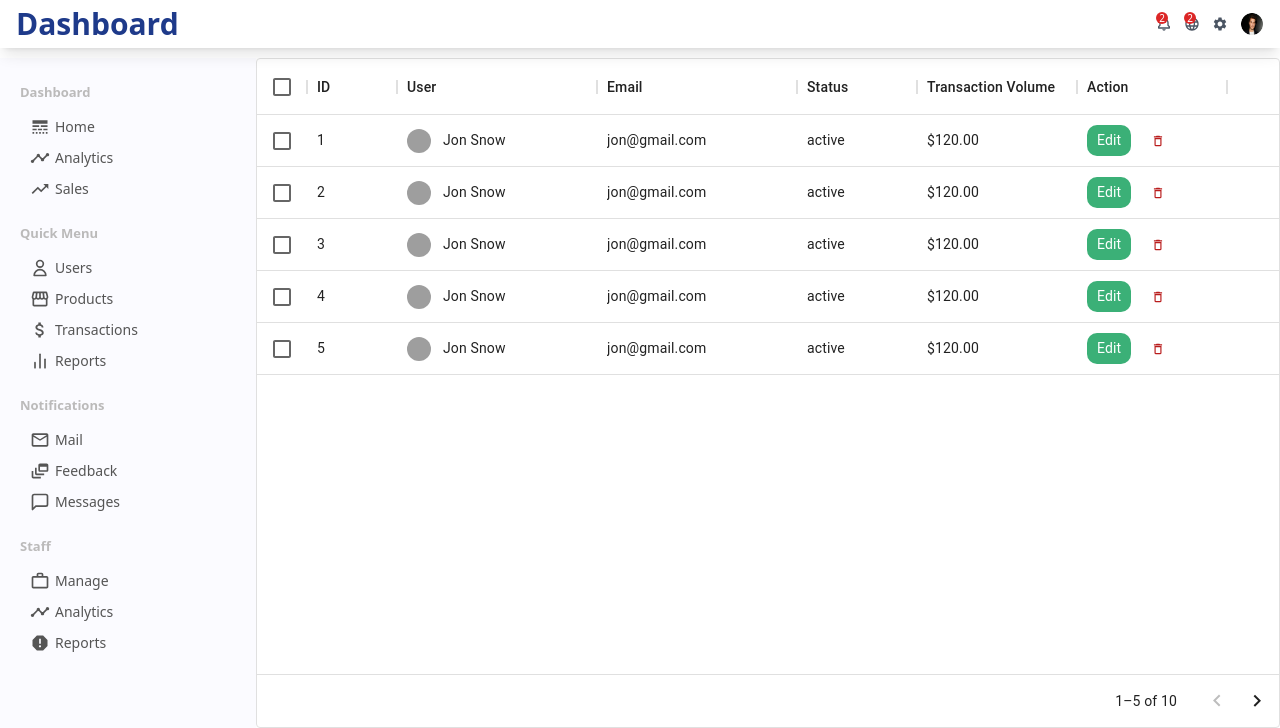
Repository: nation430/React-AdminDashboard
Page: /users
These files come from the project's save history. The page is drawn as it stood at one moment and after the next save; the edit follows.
The browser window is 1280 px wide. The pictures show the whole page.
Pictures or frames that could not be fetched are drawn as grey boxes. The project was rebuilt for these pictures with package versions that can differ from the ones it lists, and the page was loaded fresh each time. Also part of the build but not shown: src/pages/home/home.css, src/components/featuredInfo/featuredInfo.css, src/components/featuredInfo/FeaturedInfo.jsx, src/components/chart/chart.css, src/components/chart/Chart.jsx, src/dummyData.js, src/components/widgetSm/widgetSm.css, src/components/widgetSm/WidgetSm.jsx and 3 more.

Above is the page before, as saved 2022-08-29 12:30:22.

### public/index.html
<!DOCTYPE html>
<html lang="en">
  <head>
    <meta charset="utf-8" />
    <meta name="viewport" content="width=device-width, initial-scale=1" />
    <meta name="theme-color" content="#000000" />
    <meta
      name="description"
      content="Web site created using create-react-app"
    />
    <link rel="preconnect" href="https://fonts.googleapis.com" />
    <link rel="preconnect" href="https://fonts.gstatic.com" crossorigin />
    <link
      href="https://fonts.googleapis.com/css2?family=Source+Sans+Pro:wght@200;300;400;600;700&display=swap"
      rel="stylesheet"
    />

    <title>React Admin Dashboard</title>
  </head>
  <body>
    <noscript>You need to enable JavaScript to run this app.</noscript>
    <div id="root"></div>
  </body>
</html>

### src/index.css
@tailwind base;
h1 {
  @apply text-2xl;
}
h2 {
  @apply text-xl;
}
h3 {
  @apply text-lg;
}
@tailwind components;
@tailwind utilities;

* {
  margin: 0;
  padding:0;
  box-sizing: border-box;

}

### src/App.js
import Topbar from "./components/topbar/Topbar";
import Sidebar from "./components/sidebar/Sidebar";
import Home from "./pages/home/Home";
import "./app.css";
import { BrowserRouter as Router, Routes, Route } from "react-router-dom";
import UserList from "./pages/home/userList/UserList";

function App() {
  return (
    <Router>
      <Topbar />
      <div className="wrapper flex h-full">
        <Sidebar />
        <Routes>
          <Route exact path="/">
            <Route path="/" element={<Home />} />
            <Route path="users" element={<UserList />} />
          </Route>
        </Routes>
      </div>
    </Router>
  );
}

export default App;

### src/components/topbar/Topbar.jsx
import React from "react";
import  "./topbar.css";
import { BiBell } from 'react-icons/bi';
import { MdLanguage, MdSettings  } from "react-icons/md";


export default function Topbar () {
    return(
        <div className="topbar w-full h-12 bg-white sticky top-0 z-50 shadow-lg ">
            <div className="topbarWeapper flex items-center justify-between h-full px-4 py-0">
            <div className="topLeft">
                <span className="logo font-bold text-3xl text-blue-900 cursor-pointer ...">Dashboard</span>
            </div>
            <div className="topRight flex items-center">

                {/* First icon  */}
                <div className="topbarIconsContainer relative cursor-pointer ... ml-3 text-gray-600">
                <BiBell />
                <span className="topIconBadge absolute text-white bg-red-600 right-1 -top-1 flex items-center justify-center rounded-full text-xs h-3 w-3">2</span>
                </div>

                   {/*second icon  */}
                <div className="topbarIconsContainer relative cursor-pointer ... ml-3 text-gray-600">
                <MdLanguage />
                <span className="topIconBadge absolute text-white bg-red-600 right-1 -top-1 flex items-center justify-center rounded-full text-xs h-3 w-3">2</span>
                </div>


                    {/*third icon  */}
                <div className="topbarIconsContainer relative cursor-pointer ... mx-3 text-gray-600">
                < MdSettings  />
                </div>

                <img src="images/img.png" alt="BigCo Inc. logo"  className="topAvater w-6 h-6 rounded-full cursor-pointer ..."/>

            </div>
            </div>
        </div>
    )

}

### src/components/sidebar/Sidebar.jsx
import "./sidebar.css";
import { MdLineStyle, MdOutlineTimeline, MdTrendingUp, MdStorefront, MdAttachMoney, MdOutlineMail, MdDynamicFeed, MdWorkOutline, MdReport} from "react-icons/md";
import { HiOutlineUser} from "react-icons/hi";
import { FiBarChart2, FiMessageSquare} from "react-icons/fi";

export default function sidebar(){
    return(
        <div className="sidebar sticky">
        <div className="sidebarWrapper p-5">
            {/* first sidenavbar */}
            <div className="sidebarMenu mb-2.5">
                <h3 className="sidebarTitle">Dashboard</h3>
                <ul className="sidebarList px-4 py-0">
                    <li className="sidebarListItems flex items-center">
                    <MdLineStyle className="sidebarIcon"/>
                    Home
                    </li>

                    <li className="sidebarListItems flex items-center">
                    <MdOutlineTimeline className="sidebarIcon" />
                    Analytics
                    </li>


                    <li className="sidebarListItems flex items-center">
                    <MdTrendingUp className="sidebarIcon" />
                   Sales
                    </li>
                </ul>
            </div>

            {/* second sidenavbar */}
            <div className="sidebarMenu mb-2.5">
                <h3 className="sidebarTitle">Quick Menu</h3>
                <ul className="sidebarList px-4 py-1">
                    <li className="sidebarListItems flex items-center">
                    <HiOutlineUser className="sidebarIcon" />
                    Users
                    </li>

                    <li className="sidebarListItems flex  items-center" >
                    <MdStorefront className="sidebarIcon" />
                    Products
                    </li>

                    <li className="sidebarListItems flex items-center">
                    <MdAttachMoney className="sidebarIcon" />
                   Transactions
                    </li>


                    <li className="sidebarListItems flex items-center">
                    <FiBarChart2 className="sidebarIcon" />
                   Reports
                    </li>
                </ul>
            </div>

                {/* third sidenavbar */}
                <div className="sidebarMenu mb-2.5">
                <h3 className="sidebarTitle">Notifications</h3>
                <ul className="sidebarList px-4 py-1">
                    <li className="sidebarListItems flex items-center">
                    <MdOutlineMail className="sidebarIcon" />
                    Mail
                    </li>

                    <li className="sidebarListItems flex  items-center" >
                    <MdDynamicFeed className="sidebarIcon" />
                    Feedback
                    </li>

                    <li className="sidebarListItems flex items-center">
                    <FiMessageSquare className="sidebarIcon" />
                   Messages
                    </li>
                </ul>
            </div>

                {/* fourth sidenavbar */}
                <div className="sidebarMenu mb-2.5">
                <h3 className="sidebarTitle">Staff</h3>
                <ul className="sidebarList px-4 py-1">
                    <li className="sidebarListItems flex items-center">
                    <MdWorkOutline className="sidebarIcon" />
                    Manage
                    </li>

                    <li className="sidebarListItems flex  items-center" >
                    <MdOutlineTimeline className="sidebarIcon" />
                    Analytics
                    </li>

                    <li className="sidebarListItems flex items-center">
                    <MdReport className="sidebarIcon" />
                   Reports
                    </li>
                </ul>
            </div>
        </div>
        </div>
    )
}

### src/app.css

* {
    margin: 0;
    padding:0;
    box-sizing: border-box;

}


h1{
    font-size: 2em ;
    font-weight: bolder;
}

h2{
    font-size: 1.5em ;
    font-weight: bolder;
}

h3{
    font-size: 1.17em ;
    font-weight: bolder;
}

.wrapper{
    margin-top:10px;
}

### src/pages/home/userList/UserList.jsx
import "./userList.css"
import { DataGrid } from '@mui/x-data-grid';
import {MdDeleteOutline} from "react-icons/md";

export default function UserList(){

  const columns = [
    { field: 'id', headerName: 'ID', width: 90 },
    { field: 'user',
     headerName: 'User',
     width: 200,
     renderCell: (params) =>{
      return(
        <div className="userListUser flex items-center">
        <img className="userListImg w-6 h-6 rounded-full object-cover mr-3" src={params.row.avatar} alt="" />
        {params.row.userName}
      </div>
      )
    } },
    { field: 'email', headerName: 'Email', width: 200 },
    {
      field: 'status',
      headerName: 'Status',
      width: 120,
    },
    {
      field: 'transaction',
      headerName: 'Transaction Volume',
      width: 160,
    },

      {
        field: "action",
        headerName: "Action",
        width: 150,
        renderCell: (params) => {
          return (
            <>
            <button className="userListEdit border-none text-white">Edit</button>
              <MdDeleteOutline className="userListDelete text-red-700 cursor-pointer ..."/>
            </>
          );

      },
    },

  ];

  const rows = [
    { id: 1,
       userName: 'Jon Snow',
       avatar:
       "https://images.pexels.com/photos/1152994/pexels-photo-1152994.jpeg?auto=compress&cs=tinysrgb&dpr=2&w=500",
        email: "jon@gmail.com",
        status: "active" ,
        transaction: "$120.00"
      },

      { id: 2,
        userName: 'Jon Snow',
        avatar:
        "https://images.pexels.com/photos/1152994/pexels-photo-1152994.jpeg?auto=compress&cs=tinysrgb&dpr=2&w=500",
         email: "jon@gmail.com",
         status: "active" ,
         transaction: "$120.00"
       },

       { id: 3,
        userName: 'Jon Snow',
        avatar:
        "https://images.pexels.com/photos/1152994/pexels-photo-1152994.jpeg?auto=compress&cs=tinysrgb&dpr=2&w=500",
         email: "jon@gmail.com",
         status: "active" ,
         transaction: "$120.00"
       },

       { id: 4,
        userName: 'Jon Snow',
        avatar:
        "https://images.pexels.com/photos/1152994/pexels-photo-1152994.jpeg?auto=compress&cs=tinysrgb&dpr=2&w=500",
         email: "jon@gmail.com",
         status: "active" ,
         transaction: "$120.00"
       },

       { id: 5,
        userName: 'Jon Snow',
        avatar:
        "https://images.pexels.com/photos/1152994/pexels-photo-1152994.jpeg?auto=compress&cs=tinysrgb&dpr=2&w=500",
         email: "jon@gmail.com",
         status: "active" ,
         transaction: "$120.00"
       },

       { id: 6,
        userName: 'Jon Snow',
        avatar:
        "https://images.pexels.com/photos/1152994/pexels-photo-1152994.jpeg?auto=compress&cs=tinysrgb&dpr=2&w=500",         email: "jon@gmail.com",
         status: "active" ,
         transaction: "$120.00"
       },

       { id: 7,
        userName: 'Jon Snow',
        avatar:
        "https://images.pexels.com/photos/1152994/pexels-photo-1152994.jpeg?auto=compress&cs=tinysrgb&dpr=2&w=500",
         email: "jon@gmail.com",
         status: "active" ,
         transaction: "$120.00"
       },

       { id: 8,
        userName: 'Jon Snow',
        avatar:
        "https://images.pexels.com/photos/1152994/pexels-photo-1152994.jpeg?auto=compress&cs=tinysrgb&dpr=2&w=500",
         email: "jon@gmail.com",
         status: "active" ,
         transaction: "$120.00"
       },


       { id: 9,
        userName: 'Jon Snow',
        avatar:
        "https://images.pexels.com/photos/1152994/pexels-photo-1152994.jpeg?auto=compress&cs=tinysrgb&dpr=2&w=500",
         email: "jon@gmail.com",
         status: "active" ,
         transaction: "$120.00"
       },

       { id: 10,
        userName: 'Jon Snow',
        avatar:
        "https://images.pexels.com/photos/1152994/pexels-photo-1152994.jpeg?auto=compress&cs=tinysrgb&dpr=2&w=500",
         email: "jon@gmail.com",
         status: "active" ,
         transaction: "$120.00"
       },

  ];


    return(
        <div className="userList">
          <DataGrid
        rows={rows}
        disableSelectionOnClick
        columns={columns}
        pageSize={5}
        rowsPerPageOptions={[8]}
        checkboxSelection
      />
        </div>
    )
}

### src/components/topbar/topbar.css
.text-xs{
    font-size: 10px;
  }

### src/components/sidebar/sidebar.css
.sidebar{
    flex: 1;
    height: calc(100vh - 50px);
    top:50px;
    background:rgb(251, 251, 255);
}

.sidebarWrapper{
    color: #555;
}

.sidebarTitle{
    font-size: 13px;
    color:rgb(187, 186, 186);
}

.sidebarList{
    padding:5px;
    font-size: 14px;;
}


.sidebarListItems {
    padding:5px;
    cursor: pointer;
    border-radius: 10px;
}

.sidebarListItems.active,
.sidebarListItems:hover{
    background:rgb(228, 228, 250);
}

.sidebarIcon{
    margin-right:5px;
    font-size:20px;
}

### src/pages/home/userList/userList.css
.userList{
    flex: 4;
}

.userListEdit{
    border-radius: 10px;
    padding: 5px 10px;
    background-color: #3bb077;
    cursor: pointer;
    margin-right: 20px;
}

Loaded but not shown: src/index.js (common file); tailwind.config.js (common file)

After the next save:
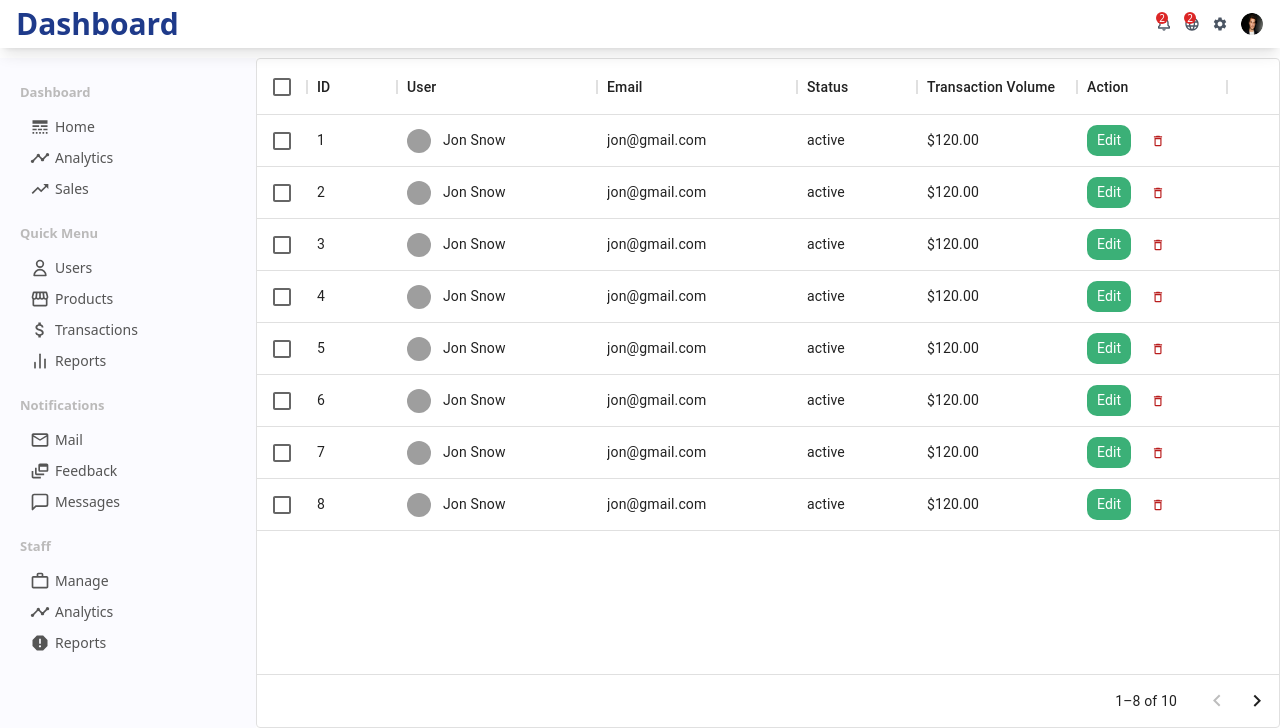
Saved 58 s later.
--- a/src/pages/home/userList/UserList.jsx
+++ b/src/pages/home/userList/UserList.jsx
@@ -146,8 +146,8 @@ export default function UserList(){
         rows={rows}
         disableSelectionOnClick
         columns={columns}
-        pageSize={5}
-        rowsPerPageOptions={[8]}
+        pageSize={8}
+        rowsPerPageOptions={[5]}
         checkboxSelection
       />
         </div>
